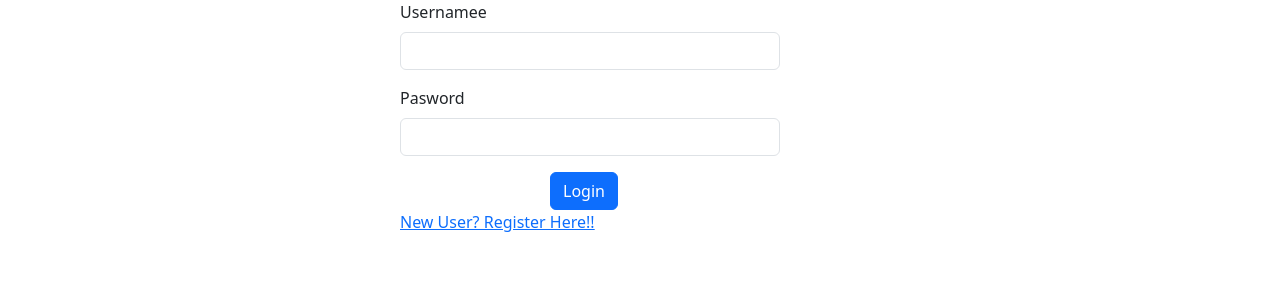
Repository: manit4/cris_batch2
Page: http://localhost/jsp_security/views/index.jsp
These files come from the project's save history. The page is drawn as it stood at one moment and after the next save; the edit follows.
The browser window is 1280 px wide. The pictures show the whole page.
The page is served by Tomcat 9.

Above is the page before, as saved 2024-03-01 05:50:21.

After the next save:
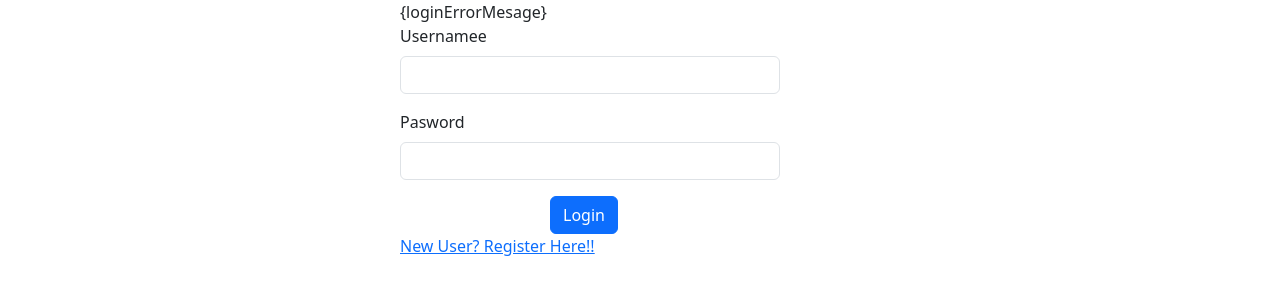
Saved 24 s later.
--- a/jsp_security/src/main/webapp/views/index.jsp
+++ b/jsp_security/src/main/webapp/views/index.jsp
@@ -16,6 +16,7 @@
 <form action="login" method="post">
 <div style="margin-left: 400px; margin-right: 500px">
 ${msg}
+{loginErrorMesage}
 	<div class="mb-3">
 		<label class="form-label">Usernamee
 			</label> <input type="text" class="form-control" name="username">

After the save that followed:
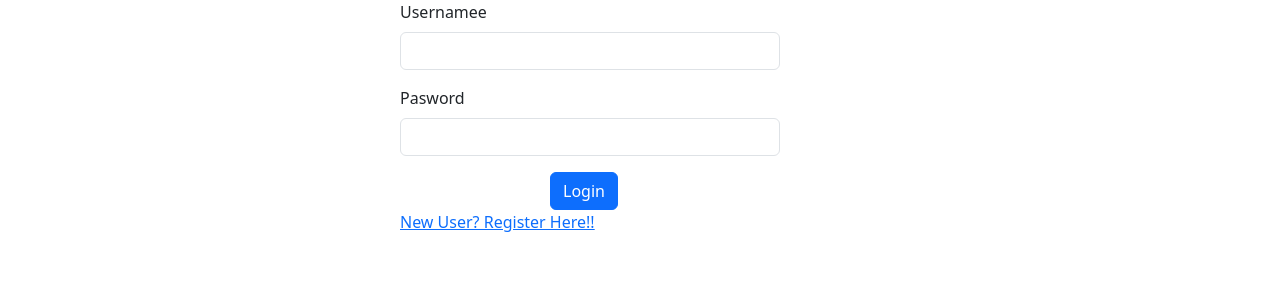
Saved 5 s later.
--- a/jsp_security/src/main/webapp/views/index.jsp
+++ b/jsp_security/src/main/webapp/views/index.jsp
@@ -16,7 +16,7 @@
 <form action="login" method="post">
 <div style="margin-left: 400px; margin-right: 500px">
 ${msg}
-{loginErrorMesage}
+${loginErrorMesage}
 	<div class="mb-3">
 		<label class="form-label">Usernamee
 			</label> <input type="text" class="form-control" name="username">
